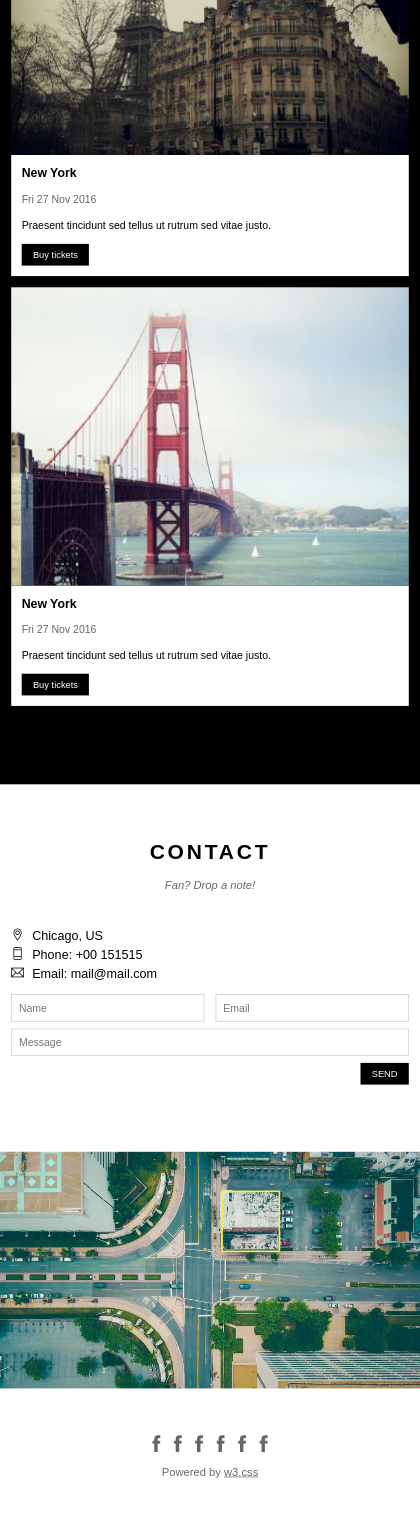
Repository: Bakyproit/the-Band
Page: index.html
These files come from the project's save history. The page is drawn as it stood at one moment and after the next save; the edit follows.
The browser window is 600 px wide. The pictures show the part of the page from y = 3289 to 5529 px (the page is 5480 px tall before and 5529 px after), at 70% of full size.

Above is the page before, as saved 2022-01-03 23:31:16.

After the next save:
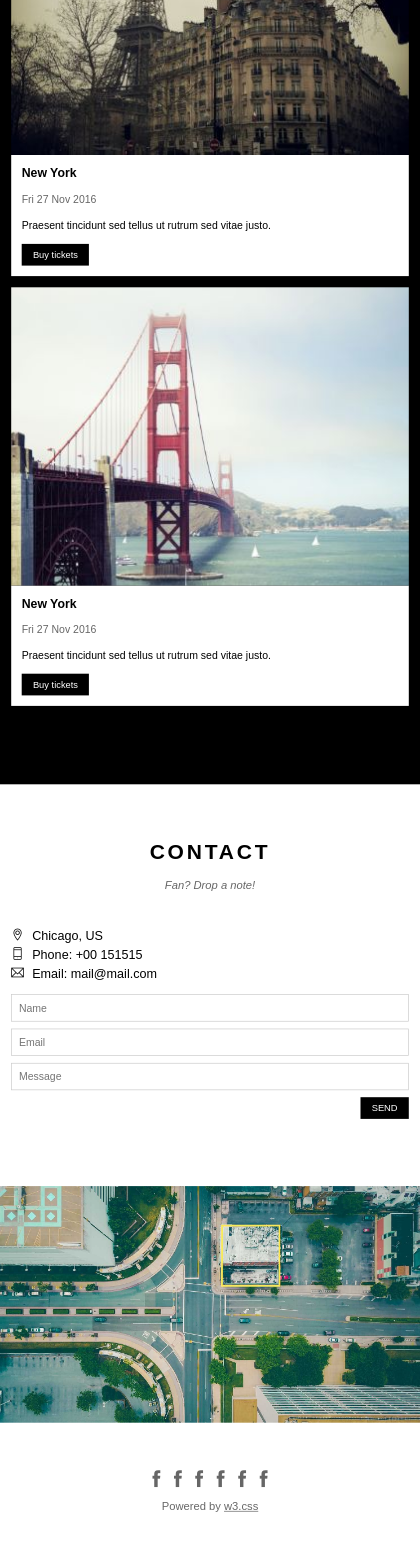
Saved 22 s later.
--- a/assets/css/reponsive.css
+++ b/assets/css/reponsive.css
@@ -49,7 +49,7 @@
     .contact-form{
         width: 100%;
     }
-    .contact-form .form-control{
+    .contact__input{
         width: 100%;
     }
 }
